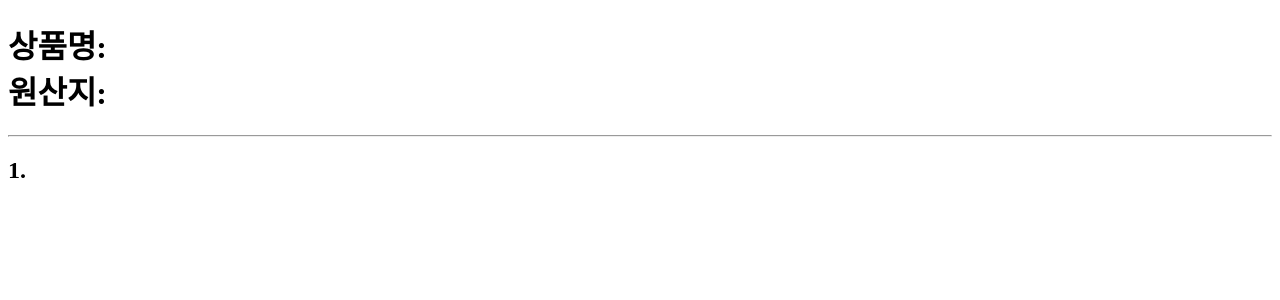
Repository: leechanggyu1118/JSTL_JAVA-WEB_-
Page: http://localhost/jstl_study/step-3.jsp
An editor plug-in stored every save of this project. The page is shown before and after the next save, followed by the edit.
The browser window is 1280 px wide. The pictures show the whole page.
The page is served by Tomcat 9. Other server files are loaded and not shown.

Above is the page before, as saved 2024-04-11 03:08:28.

### jstl_study/src/main/webapp/step-3.jsp
<%@ page language="java" contentType="text/html; charset=UTF-8"
    pageEncoding="UTF-8"%>
    <%@ taglib uri="http://java.sun.com/jsp/jstl/core" prefix="c" %>
<!DOCTYPE html>
<html>
<head>
<meta charset="UTF-8">
<title>Insert title here</title>
</head>
<body>
	<h1>
	상품명: ${param.name } <br>
	원산지: ${param.address }
	</h1>

	<hr>
	<h2>
		1.
	</h2>

</body>
</html>

After the next save:
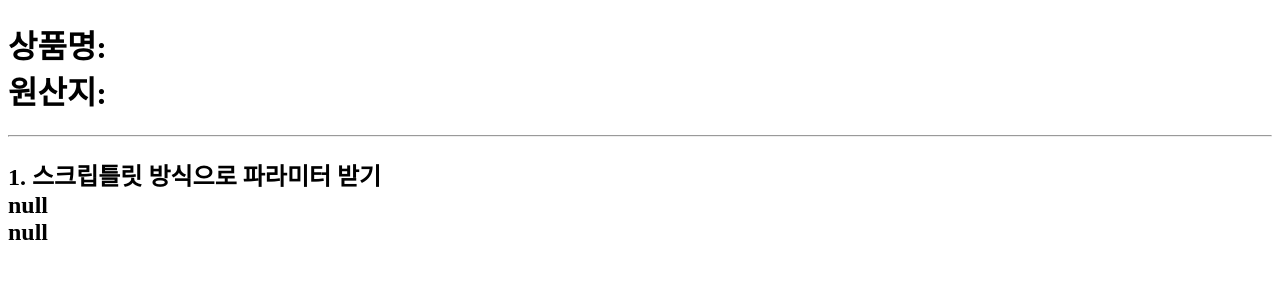
Saved 117 s later.
--- a/jstl_study/src/main/webapp/step-3.jsp
+++ b/jstl_study/src/main/webapp/step-3.jsp
@@ -12,10 +12,17 @@
 	상품명: ${param.name } <br>
 	원산지: ${param.address }
 	</h1>
+	<hr>
 
-	<hr>
 	<h2>
-		1.
+		1. 스크립틀릿 방식으로 파라미터 받기 <br>
+
+		<%= request.getParameter("name") %> <br>
+		<%= request.getParameter("address")  %>
+
+
+
+
 	</h2>
 
 </body>
